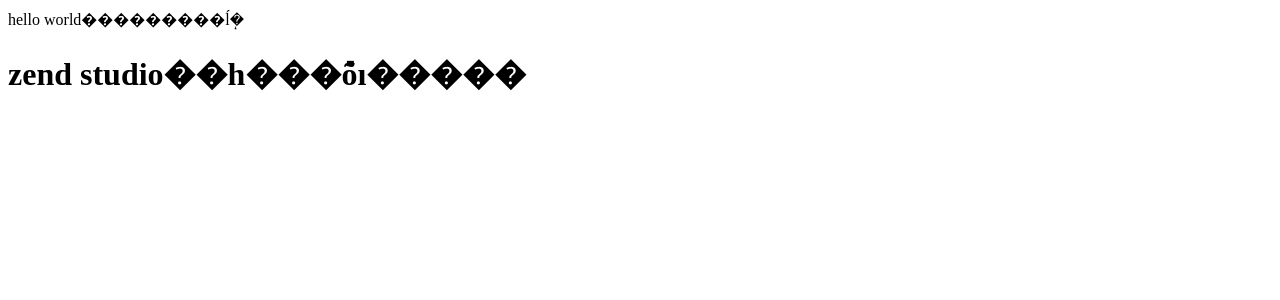
Repository: hanliyao/HelloWorld
Page: http://localhost/
An editor plug-in stored every save of this project. The page is shown before and after the next save, followed by the edit.
The browser window is 1280 px wide. The pictures show the whole page.
The page is run by PHP 8.4 with error messages shown; the project is at /var/www/html/.

Above is the page before, as saved 2016-02-04 14:19:47.

### HelloWorld/index.php
<?php
    echo  "hello world";
    echo  "侶몸各썹廬돨붤댕";

?>
<html>
    <head>
        <title>닒쏟莖역迦桔씩PHP</title>
    </head>
    <body>
        <h1>zend studio角寧몸붤봤돨긍陋포</h1>
    </body>
</html>

After the next save:
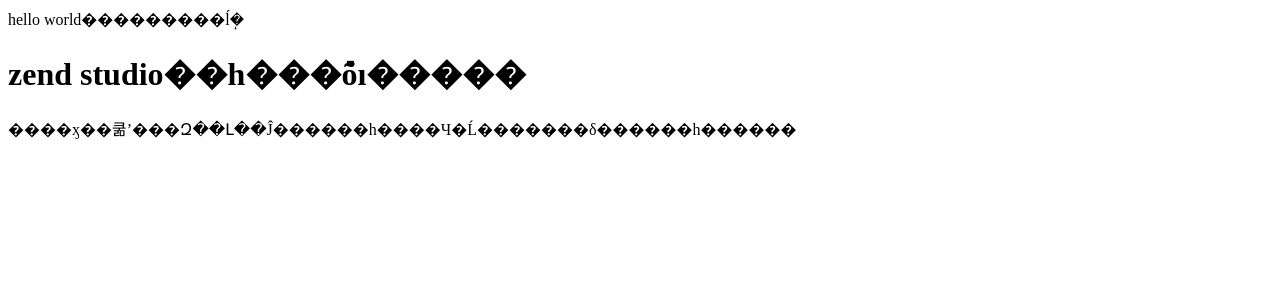
Saved 2 min 28 s later.
--- a/HelloWorld/index.php
+++ b/HelloWorld/index.php
@@ -9,5 +9,8 @@
     </head>
     <body>
         <h1>zend studio角寧몸붤봤돨긍陋포</h1>
+        <p>
+            흔벎닒쏟莖역迦옵鹿뚤菱성돨덜쯤쏵契寧몸唐槻돨밗잿，侶灌끼꼇角寧숭봤慤
+        </p>
     </body>
 </html>
